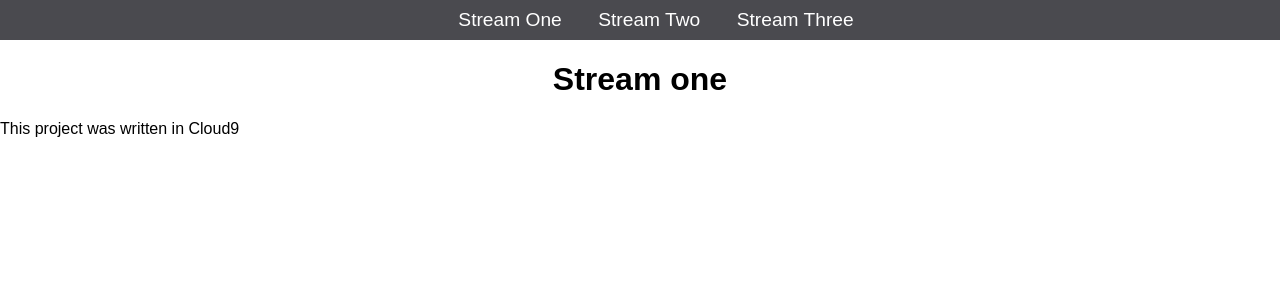
Repository: AllardL/My-first-website
Page: stream-one.html
The author's editor kept a record of every edit. The page is drawn from the files as they stood at one moment, then again after the next edit.
The browser window is 1280 px wide. The pictures show the whole page.

Above is the page before.

After the next edit:
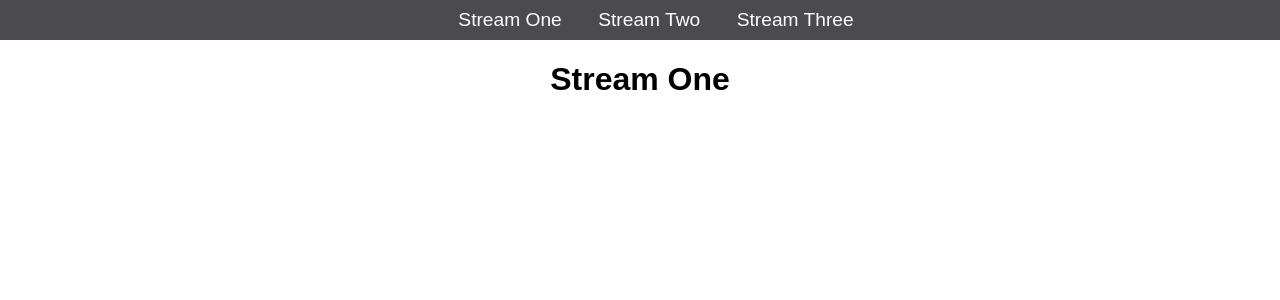
The edit:
--- a/stream-one.html
+++ b/stream-one.html
@@ -1,19 +1,18 @@
 <!DOCTYPE html>
 <html>
-    <head>
-        <title>Hello World</title>
-        <link rel="stylesheet" href="css/style.css" type="text/css" />
-    </head>
+	<head>
+		<title>Hello World</title>
+		<link rel="stylesheet" href="css/style.css" type="text/css" />
+	</head>
 
-    <body>
-        <nav>
-            <ul>
-                <li><a href="stream-one.html">Stream One</a></li>
-                <li><a href="stream-two.html">Stream Two</a></li>
-                <li><a href="stream-three.html">Stream Three</a></li>
-            </ul>
-        </nav>
-        <h1>Stream one</h1>
-        <p>This project was written in Cloud9</p>
-    </body>
+	<body>
+		<nav>
+		    <ul>
+		        <li><a href="stream-one.html">Stream One</a></li>
+		        <li><a href="stream-two.html">Stream Two</a></li>
+		        <li><a href="stream-three.html">Stream Three</a></li>
+		    </ul>
+		</nav>
+		<h1>Stream One</h1>
+	</body>
 </html>
